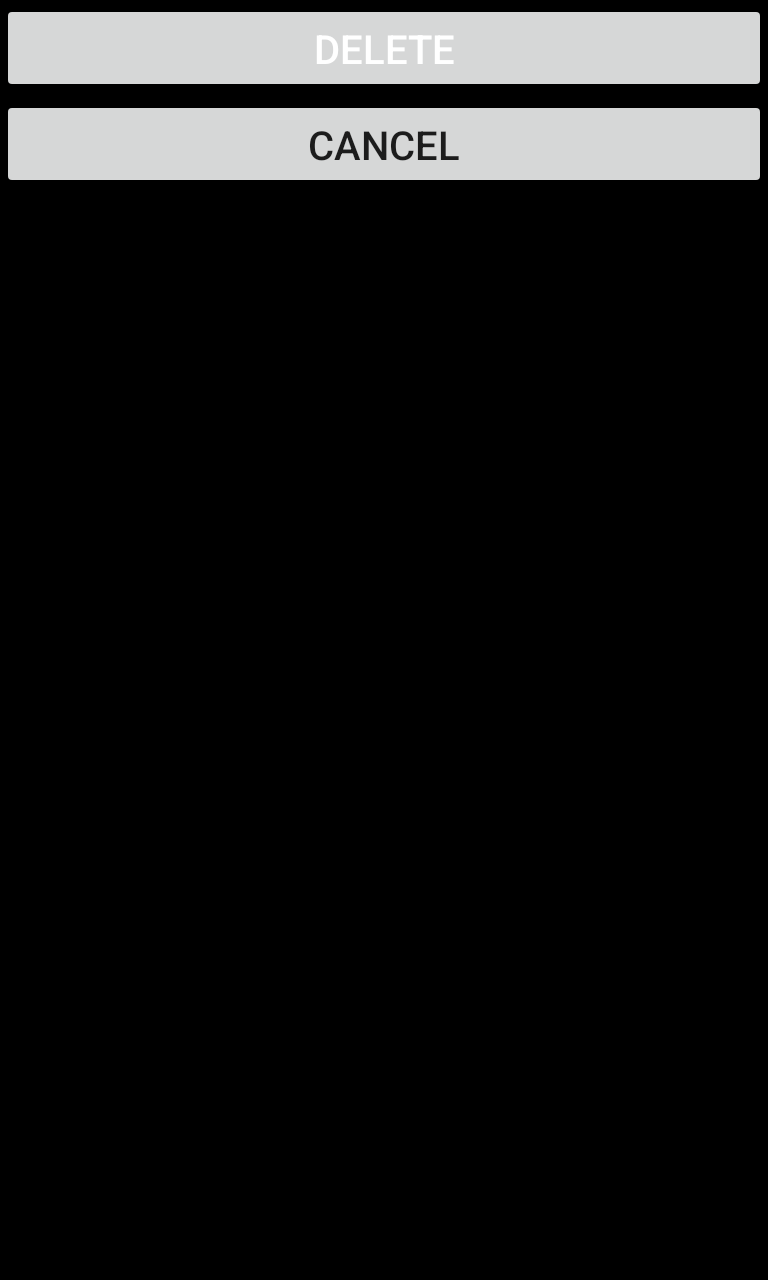
Repository: bwoldemi/LilyTrans
Layout: TransLily/res/layout/dialog_my_post_rides.xml
These files come from the project's save history. The layout is drawn as it stood at one moment and after the next save; the edit follows.
It is drawn on a 768 x 1280 px phone screen (xhdpi) without system bars, with theme AppTheme; the app's code is not run.

Above is the layout before, as saved 2014-11-10 19:52:05.

### TransLily/res/layout/dialog_my_post_rides.xml
<?xml version="1.0" encoding="utf-8"?>
<LinearLayout xmlns:android="http://schemas.android.com/apk/res/android"
    android:layout_width="fill_parent"
    android:layout_height="wrap_content"
    android:orientation="vertical"
    android:background="@color/background_filter_layout" >
<TextView



    />
    <Button
        android:layout_width="fill_parent"
        android:layout_height="wrap_content"
        android:onClick="dialogButtonDelete"
        android:text="@string/delete"
        android:textColor="@color/text_color"
        android:textSize="20sp" />

    <Button
        android:layout_width="fill_parent"
        android:layout_height="wrap_content"
        android:onClick="dialogButtonCancel"
        android:text="@string/cancel"
        android:textSize="20sp" />

</LinearLayout>

### TransLily/res/values/strings.xml
<?xml version="1.0" encoding="utf-8"?>
<resources>

    <string name="app_name">TransLily</string>
    <string name="hello_world">Hello world!</string>
    <string name="action_settings">Settings</string>
    <string name="lily">LILY Transportation </string>
    <string name="from">From: </string>
    <string name="starting_location">Enter starting point</string>
    <string name="destination_point">To: </string>
    <string name="ending_location">Enter your destination</string>
    <string name="senior_name"> Name: </string>
    <string name="typein_name"> Enter your full name here</string>
    <string name="contact_info"> Phone Number: </string>
    <string name="phone_number"> e.g 0458749818 </string>
    <string name="button_askride"> Search rides</string>
    <string name="button_offerride"> Offer ride</string>
    <string name="pick_time"> Pick time </string>
    <string name="pick_date"> Pick date </string>
    <string name="title_activity_ask_ride">Ask Ride Page</string>
    <string name="title_activity_booked_ride">BookedRideActivity</string>
    <string name="show_my_booked_rides">Show my booked rides</string>
    <string name="title_activity_post_ride">Post Ride Page</string>
    <string name="search_ride">Search ride </string>
    <string name="post_ride">Post ride </string>
    <string name="My_request_rides">My requests </string>
    <string name="My_Post_rides">My posts </string>
    <string name="welcome_message">Welcome To Lily Transport </string>
    <string name="service_provider">Service provider </string>
    <string name="taxi_id">Taxi id</string>
    <string name="starting_point">Starting point</string>
    <string name="destination"> Destination </string>
    <string name="date"> Date </string>
    <string name="number_of_person">Number of Person</string>
    <string name="comment">Comment </string>
    <string name="title_activity_my_post_rides">My Post Rides Page</string>
    <string name="title_activity_reserved_post_rides">ReservedPostRides</string>
    <string name="cancel">Cancel</string>
    <string name="approve">Approve</string>
    <string name="save">Save</string>
    <string name="please_enter_name_phone"> Please eneter your name and phonenumber</string>
    <string name="full_name">Full Name</string>
    <string name="com.lily.pre">com.lily.pre</string>
    <string name="save_changes">Save Changes</string>
    <string name="change_your_data">Change your data</string>
    <string name="sort_rides">Filter</string>
    <string name="filer_by_date">Filter by date </string>
    <string name="delete">Delete</string>
	<string name="cancele">Cancele</string>
    <color name="text_color">#FFF</color>
    <color name="background">#669900</color>
    <color name="backgroundFrom">#000099</color>
	<color name="background_filter_layout">#000</color>
    <string name="title_activity_basic_info">BasicInfoActivity</string>
    <string name="title_activity_setting">Setting</string>

    <string-array name="service_providers">
        <item>Taxi</item>
        <item>Voulunter</item>
    </string-array>

</resources>

Loaded but not shown: TransLily/res/values/styles.xml (common file); TransLily/res/values-v11/styles.xml (common file); TransLily/res/values-v14/styles.xml (common file)

After the next save:
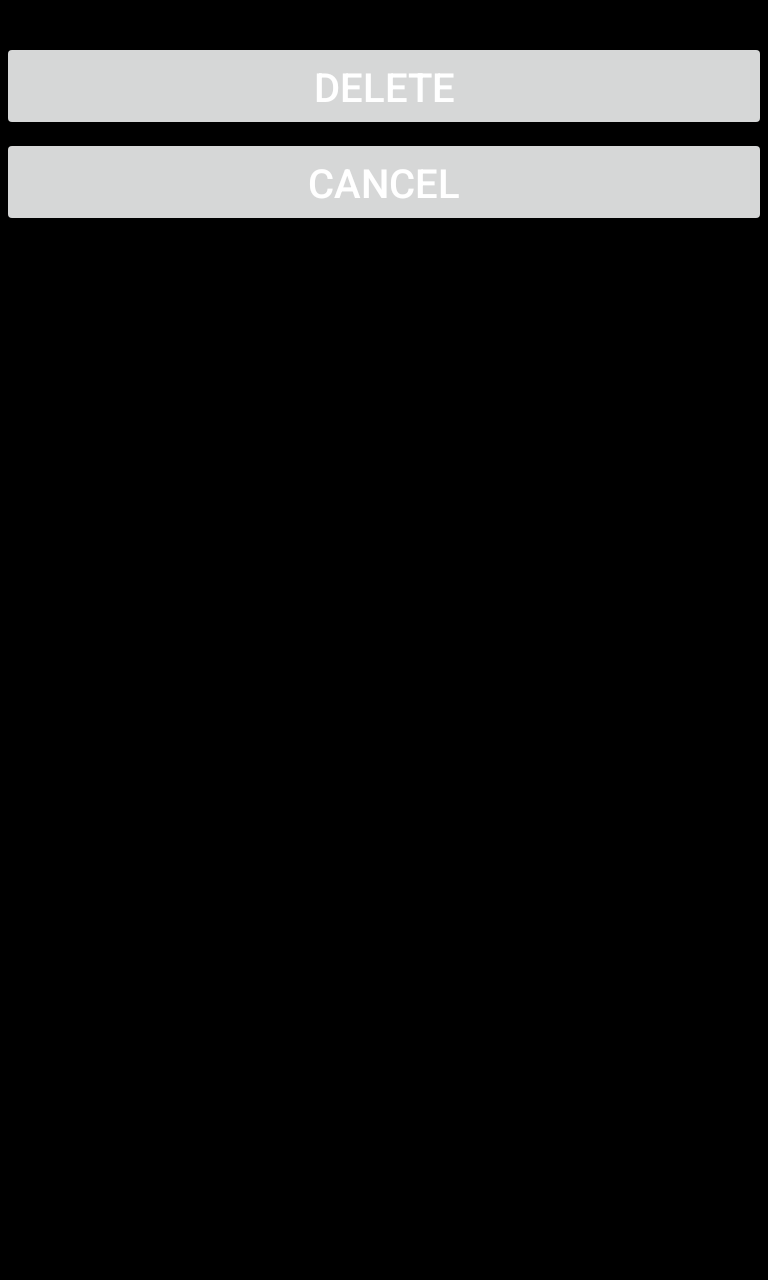
Saved 24 s later.
--- a/TransLily/res/layout/dialog_my_post_rides.xml
+++ b/TransLily/res/layout/dialog_my_post_rides.xml
@@ -5,7 +5,9 @@
     android:orientation="vertical"
     android:background="@color/background_filter_layout" >
 <TextView
-
+     android:layout_width="fill_parent"
+        android:layout_height="wrap_content"
+        android:onClick="dialogButtonDelete"
 
 
     />
@@ -21,6 +23,7 @@
         android:layout_width="fill_parent"
         android:layout_height="wrap_content"
         android:onClick="dialogButtonCancel"
+        android:textColor="@color/text_color"
         android:text="@string/cancel"
         android:textSize="20sp" />
 
